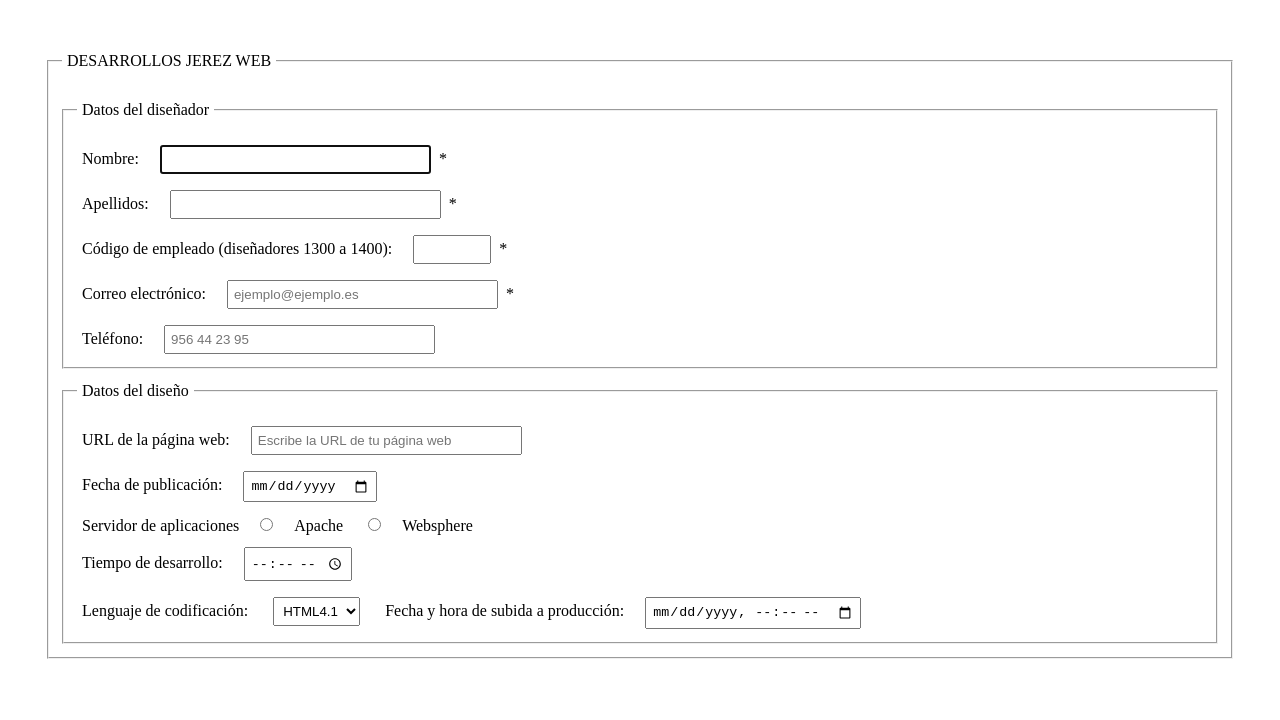
Repository: iSaan86/EV_Practica_FormularioCSS
Page: index.html
These files come from the project's save history. The page is drawn as it stood at one moment and after the next save; the edit follows.
The browser window is 1280 px wide. The pictures show the whole page.

Above is the page before, as saved 2024-01-11 17:07:59.

### index.html
<!DOCTYPE html>
<html lang="es-ES">

<head>
    <meta charset="UTF-8">
    <meta name="viewport" content="width=device-width, initial-scale=1.0">
    <meta name="keywords" content="formulario, html, css, practica">
    <meta name="description" content="Formularios">
    <meta name="author" content="Alexandra Ferrera Arenas">
    <link rel="icon" type="image/x-icon" href="img/logo-giro.png">
    <link rel="stylesheet" href="css/estilo.css">
    <title> PRACTICA DE FORMULARIOS </title>
</head>

<body>
    <!-- ABRO FORMULARIO -->
    <form method="get" action="" name="formulario1" id="formulario1">
        <!--AGRUPACION GENERAL-->
        <fieldset>
            <legend class="datos">DESARROLLOS JEREZ WEB</legend>
            <fieldset><legend class="datos2">Datos del diseñador</legend>
                <label for="nombre">Nombre:</label><input type="text" id="nombre" name="nombre" alt="indique su nombre" size="30%" autofocus required minlength="2" maxlength="50">*<br>
                <label for="apellidos">Apellidos:</label><input type="text" id="apellidos" name="apellidos" alt="indique sus apellidos" size="30%" required minlength="2" maxlength="50">*<br>
                <label for="codigo">Código de empleado (diseñadores 1300 a 1400):</label><input type="number" id="codigo" name="codigo" alt="indique su código de empleado" required min="1300" max="1400">*<br>
                <label for="email">Correo electrónico:</label><input type="email" id="email" name="email" alt="indique su email" size="30%" placeholder="ejemplo@ejemplo.es" required>*<br>
                <label for="telefono">Teléfono:</label><input type="tel" id="telefono"  name="telefono" alt="indique su telefono" size="30%" placeholder="956 44 23 95"><br>
            </fieldset>
            <fieldset><legend class="datos2">Datos del diseño</legend>
                <label for="url">URL de la página web:</label><input type="url" id="url" name="url" alt="indique la URL de la pagina web" size="30%" placeholder="Escribe la URL de tu página web"><br>
                <label for="fecha">Fecha de publicación:</label><input type="date" name="fecha" id="fecha"><br>
                <label for="servidor">Servidor de aplicaciones</label><input type="radio" id="apache" name="servidor" alt="verificar apache" value="Apache"><label for="hombre">Apache</label>
                <input type="radio" id="websphere" name="servidor" alt="verificar websphere" value="Websphere"><label for="mujer">Websphere</label><br>
                <label for="tiempo">Tiempo de desarrollo:</label><input type="time" name="tiempo" id="tiempo"><br>
                <label for="lenguaje">Lenguaje de codificación:</label>
                <select id="lenguaje" name="lenguaje" alt="Elija lenguaje de codificación"><br>
                    <option value="html4.1">HTML4.1</option>
                    <option value="xhtml">XHTML</option>
                    <option value="html5">HTML5</option>
                </select>
                <label for="fechayhora">Fecha y hora de subida a producción:</label><input type="datetime-local" name="fechayhora" size="30%">
            </fieldset>













        </fieldset>
    </form>




</body>





</html>

### css/estilo.css
@charset "UTF-8";

/* Para todo el html */
*{
    padding: 5px;
    margin:8px;
}

After the next save:
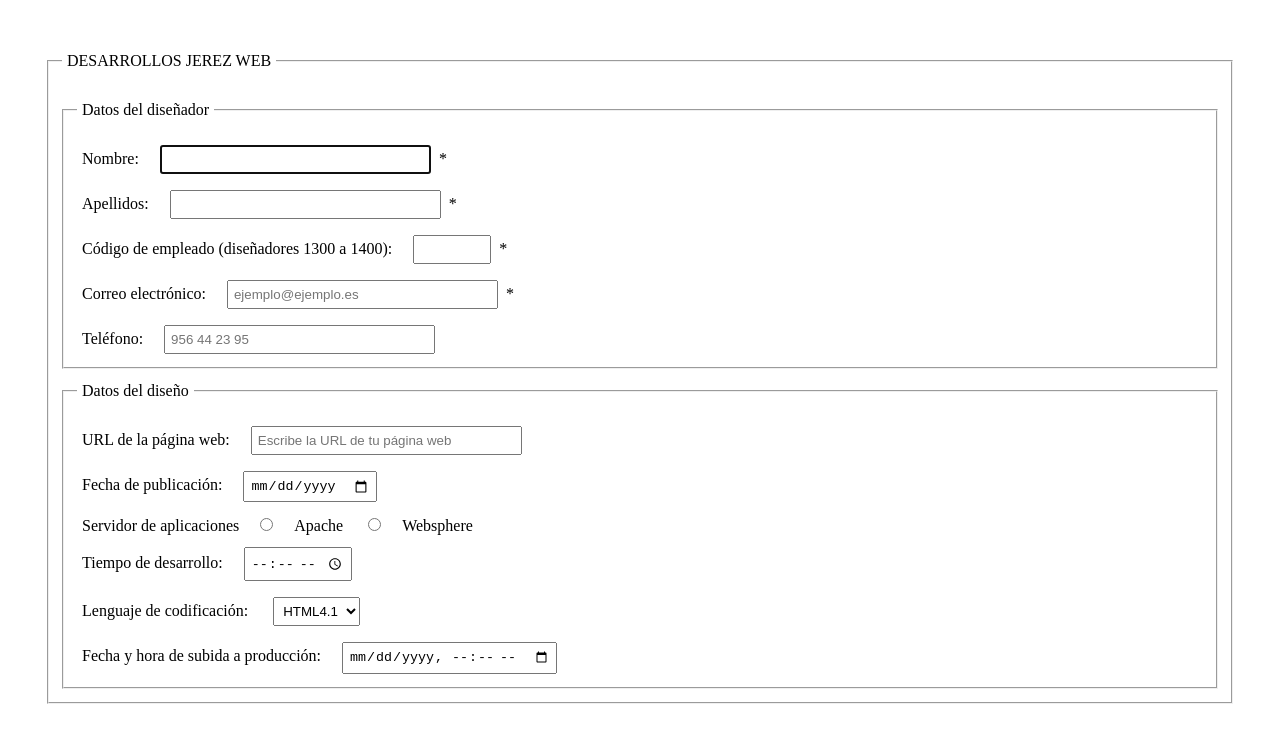
Saved 12 s later.
--- a/index.html
+++ b/index.html
@@ -36,7 +36,7 @@
                     <option value="html4.1">HTML4.1</option>
                     <option value="xhtml">XHTML</option>
                     <option value="html5">HTML5</option>
-                </select>
+                </select><br>
                 <label for="fechayhora">Fecha y hora de subida a producción:</label><input type="datetime-local" name="fechayhora" size="30%">
             </fieldset>
 
